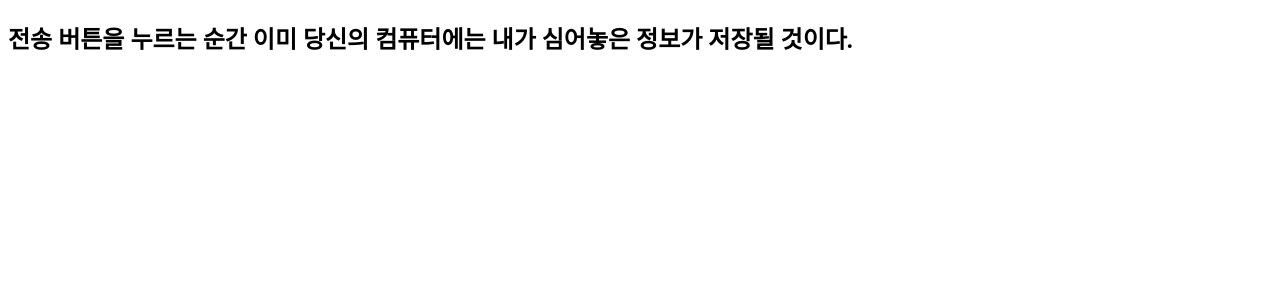
Repository: kong980/EclipseWork
Page: ServletTest3/src/main/webapp/cookie.html
These files come from the project's save history. The page is drawn as it stood at one moment and after a run of saves; the edit follows.
The browser window is 1280 px wide. The pictures show the whole page.

Above is the page before, as saved 2023-09-15 05:35:26.

### ServletTest3/src/main/webapp/cookie.html
<!DOCTYPE html>
<html>
<head>
<meta charset="UTF-8">
<title>Insert title here</title>
</head>
<body>
	<h2>전송 버튼을 누르는 순간 이미 당신의 컴퓨터에는 내가 심어놓은 정보가 저장될 것이다.</h2>
</body>
</html>

After the next 2 saves:
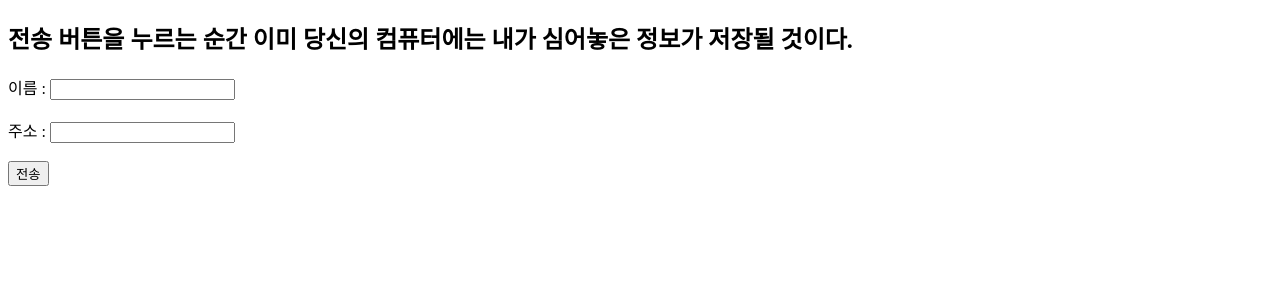
The 2 saves are shown as one change because they came seconds apart.
The last was saved 3 min 5 s later.
--- a/ServletTest3/src/main/webapp/cookie.html
+++ b/ServletTest3/src/main/webapp/cookie.html
@@ -6,5 +6,11 @@
 </head>
 <body>
 	<h2>전송 버튼을 누르는 순간 이미 당신의 컴퓨터에는 내가 심어놓은 정보가 저장될 것이다.</h2>
+
+	<form>
+		이름 : <input type="text" name="name" /><br><br>
+		주소 : <input type="text" name="addr" /><br><br>
+		<input type="submit" value="전송" />
+	</form>
 </body>
 </html>
